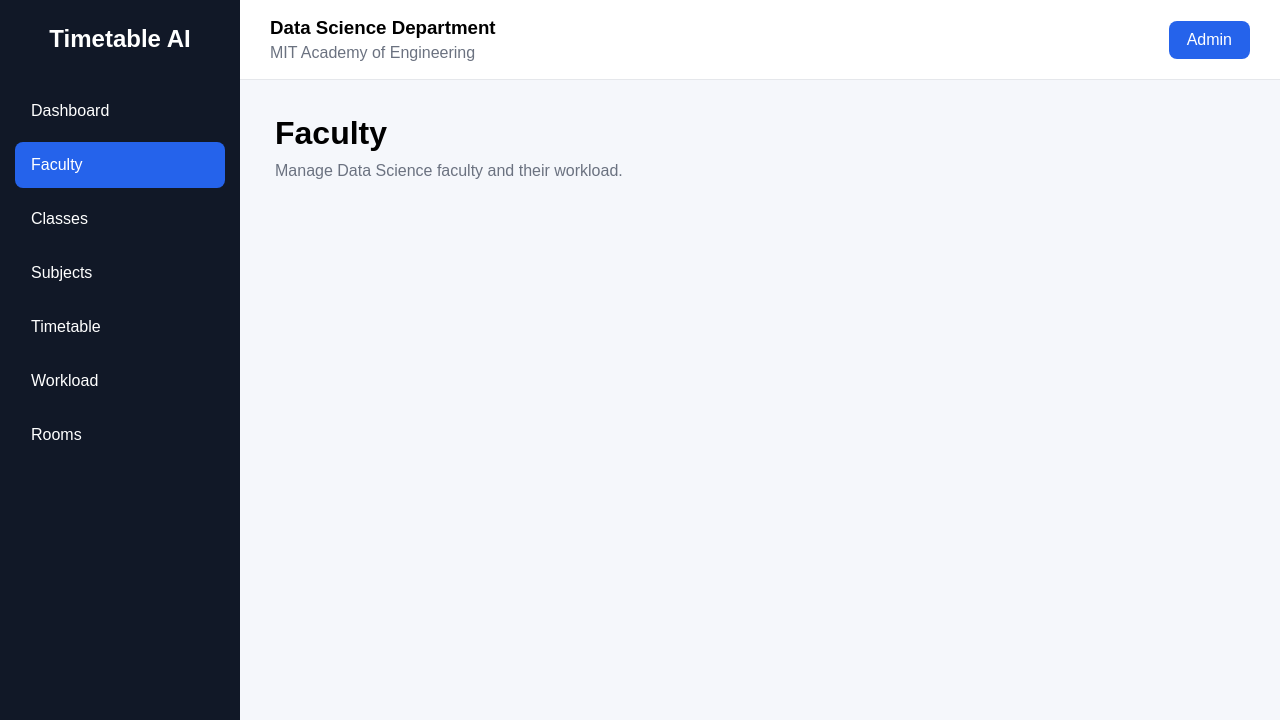
Repository: palak-surana/Intelligent-Timetable-System
Page: /faculty (app in frontend/)
The author's editor kept a copy of each file at every save. The page is drawn from the files as they stood at one save, then again after the next save.
The browser window is 1280 px wide. The pictures show the whole page.
The project was rebuilt for these pictures with package versions that can differ from the ones it lists, and the page was loaded fresh each time. Also part of the build but not shown: frontend/vite.config.js, frontend/src/pages/Dashboard.jsx, frontend/src/pages/Classes.jsx, frontend/src/pages/Subjects.jsx, frontend/src/pages/Timetable.jsx, frontend/src/pages/Workload.jsx, frontend/src/pages/Rooms.jsx.

Above is the page before, as saved 2026-08-15 22:27:15.

After the next save:
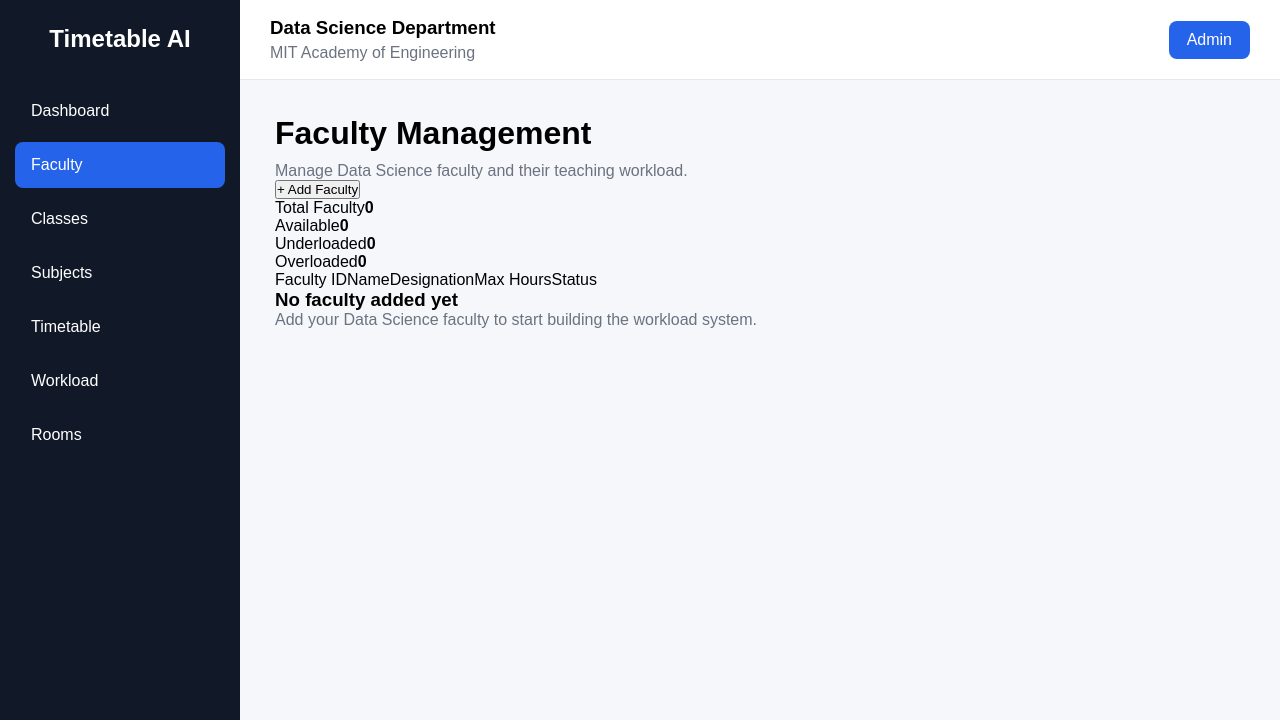
Saved 89 s later.
--- a/frontend/src/pages/Faculty.jsx
+++ b/frontend/src/pages/Faculty.jsx
@@ -1,8 +1,96 @@
+import { useState } from "react";
+
 function Faculty() {
+  const [showForm, setShowForm] = useState(false);
+
   return (
     <main className="page">
-      <h1>Faculty</h1>
-      <p>Manage Data Science faculty and their workload.</p>
+      <div className="page-header">
+        <div>
+          <h1>Faculty Management</h1>
+          <p>Manage Data Science faculty and their teaching workload.</p>
+        </div>
+
+        <button
+          className="primary-button"
+          onClick={() => setShowForm(!showForm)}
+        >
+          + Add Faculty
+        </button>
+      </div>
+
+      {showForm && (
+        <div className="faculty-form">
+          <h2>Add Faculty</h2>
+
+          <div className="form-grid">
+            <input type="text" placeholder="Faculty Name" />
+            <input type="text" placeholder="Faculty ID" />
+            <input type="email" placeholder="Email" />
+
+            <select>
+              <option value="">Select Designation</option>
+              <option>Professor</option>
+              <option>Associate Professor</option>
+              <option>Assistant Professor</option>
+            </select>
+
+            <input
+              type="number"
+              placeholder="Maximum Weekly Hours"
+            />
+
+            <select>
+              <option value="">Select Department</option>
+              <option>Data Science</option>
+            </select>
+          </div>
+
+          <button className="save-button">
+            Save Faculty
+          </button>
+        </div>
+      )}
+
+      <div className="faculty-summary">
+        <div className="summary-card">
+          <span>Total Faculty</span>
+          <strong>0</strong>
+        </div>
+
+        <div className="summary-card">
+          <span>Available</span>
+          <strong>0</strong>
+        </div>
+
+        <div className="summary-card">
+          <span>Underloaded</span>
+          <strong>0</strong>
+        </div>
+
+        <div className="summary-card">
+          <span>Overloaded</span>
+          <strong>0</strong>
+        </div>
+      </div>
+
+      <div className="faculty-table">
+        <div className="table-header">
+          <span>Faculty ID</span>
+          <span>Name</span>
+          <span>Designation</span>
+          <span>Max Hours</span>
+          <span>Status</span>
+        </div>
+
+        <div className="empty-state">
+          <h3>No faculty added yet</h3>
+          <p>
+            Add your Data Science faculty to start building the
+            workload system.
+          </p>
+        </div>
+      </div>
     </main>
   );
 }
